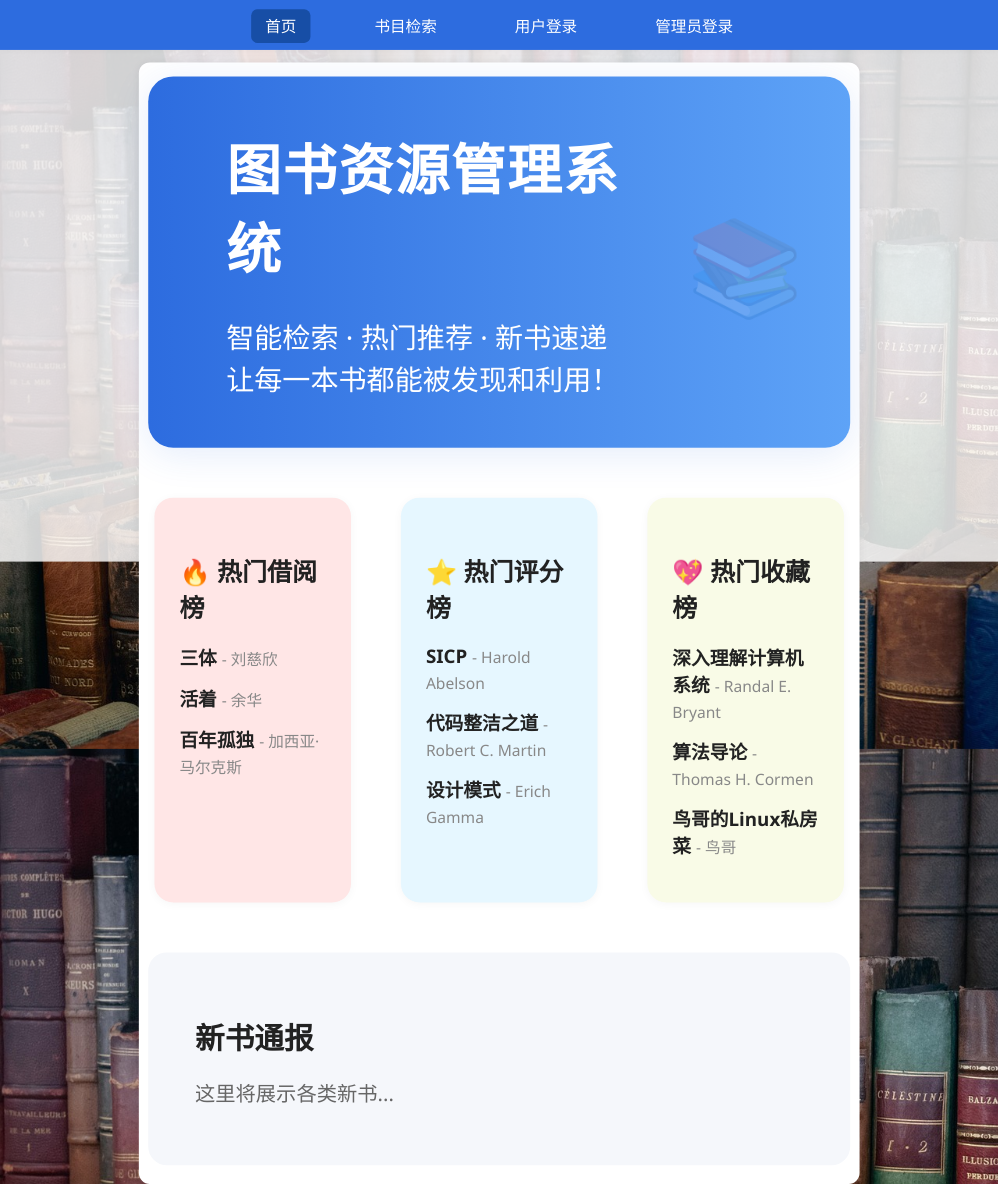
Repository: MercuryRandom/Library-Resource-Management-System
Page: / (app in frontend/)
These files come from the project's save history. The page is drawn as it stood at one moment and after the next save; the edit follows.
The browser window is 1280 px wide. The pictures show the whole page, at 78% of full size.
Backgrounds fixed to the window are drawn as part of the page. The project was rebuilt for these pictures with package versions that can differ from the ones it lists, and the page was loaded fresh each time. Also part of the build but not shown: frontend/vite.config.js, frontend/src/pages/SearchPage.jsx, frontend/src/pages/LoginPage.jsx, frontend/src/pages/RegisterPage.jsx, frontend/src/pages/AdminLoginPage.jsx, frontend/src/pages/admin/ReaderManagementPage.jsx, frontend/src/pages/admin/BookManagementPage.jsx, frontend/src/pages/admin/BorrowManagementPage.jsx.

Above is the page before, as saved 2025-06-27 10:35:11.

### frontend/index.html
<!DOCTYPE html>
<html lang="zh-CN">

<head>
  <meta charset="UTF-8" />
  <link rel="icon" type="image/svg+xml" href="/vite.svg" />
  <meta name="viewport" content="width=device-width, initial-scale=1.0" />
  <title>图书管理系统</title>
</head>

<body>
  <div id="root"></div>
  <script type="module" src="/src/main.jsx"></script>
</body>

</html>

### frontend/src/App.jsx
import { BrowserRouter as Router, Routes, Route, useNavigate } from 'react-router-dom';
import MainLayout from './layout/MainLayout';
import HomePage from './pages/HomePage';
import SearchPage from './pages/SearchPage';
import LoginPage from './pages/LoginPage';
import RegisterPage from './pages/RegisterPage';
import UserLibraryPage from './pages/UserLibraryPage';
import AdminLoginPage from './pages/AdminLoginPage';
import AdminPage from './pages/AdminPage';
import ReaderManagementPage from './pages/admin/ReaderManagementPage';
import BookManagementPage from './pages/admin/BookManagementPage';
import BorrowManagementPage from './pages/admin/BorrowManagementPage';
import './App.css';

function App() {
  return (
    <Router>
      <Routes>
        <Route path="/" element={<MainLayout />}>
          <Route index element={<HomePage />} />
          <Route path="search" element={<SearchPage />} />
          <Route path="login" element={<LoginPage />} />
          <Route path="register" element={<RegisterPage />} />
          <Route path="library" element={<UserLibraryPage />} />
          <Route path="admin-login" element={<AdminLoginPage />} />
          <Route path="admin" element={<AdminPage />}>
            <Route path="readers" element={<ReaderManagementPage />} />
            <Route path="books" element={<BookManagementPage />} />
            <Route path="borrowing" element={<BorrowManagementPage />} />
          </Route>
        </Route>
      </Routes>
    </Router>
  );
}

export default App;

### frontend/src/layout/MainLayout.jsx
import React from 'react';
import { Outlet, NavLink } from 'react-router-dom';

const MainLayout = () => {
  return (
    <div>
      <nav>
        <ul>
          <li>
            <NavLink to="/" end className={({ isActive }) => isActive ? 'active' : ''}>首页</NavLink>
          </li>
          <li>
            <NavLink to="/search" className={({ isActive }) => isActive ? 'active' : ''}>书目检索</NavLink>
          </li>
          <li>
            <NavLink to="/login" className={({ isActive }) => isActive ? 'active' : ''}>用户登录</NavLink>
          </li>
          <li>
            <NavLink to="/admin-login" className={({ isActive }) => isActive ? 'active' : ''}>管理员登录</NavLink>
          </li>
        </ul>
      </nav>
      <hr style={{ border: 'none', margin: 0 }} />
      <main>
        <Outlet />
      </main>
    </div>
  );
};

export default MainLayout;

### frontend/src/pages/HomePage.jsx
import React from 'react';

const HomePage = () => {
  // 假设这些是-从后端获取的数据
  const popularBorrowings = [
    { id: 1, title: '三体', author: '刘慈欣' },
    { id: 2, title: '活着', author: '余华' },
    { id: 3, title: '百年孤独', author: '加西亚·马尔克斯' },
  ];

  const popularRatings = [
    { id: 1, title: 'SICP', author: 'Harold Abelson' },
    { id: 2, title: '代码整洁之道', author: 'Robert C. Martin' },
    { id: 3, title: '设计模式', author: 'Erich Gamma' },
  ];

  const popularCollections = [
    { id: 1, title: '深入理解计算机系统', author: 'Randal E. Bryant' },
    { id: 2, title: '算法导论', author: 'Thomas H. Cormen' },
    { id: 3, title: '鸟哥的Linux私房菜', author: '鸟哥' },
  ];

  return (
    <div>
      <div style={{
        background: 'linear-gradient(90deg, #2d6cdf 0%, #5ea3f7 100%)',
        color: '#fff',
        borderRadius: '32px',
        padding: '64px 60px 60px 100px',
        marginBottom: 64,
        boxShadow: '0 8px 48px rgba(45,108,223,0.13)',
        display: 'flex',
        alignItems: 'center',
        gap: 60
      }}>
        <div style={{ flex: 1 }}>
          <h1 style={{ fontSize: 70, fontWeight: 800, margin: 0, letterSpacing: 2 }}>图书资源管理系统</h1>
          <p style={{ fontSize: 36, margin: '40px 0 0 0', lineHeight: 1.5 }}>
            智能检索 · 热门推荐 · 新书速递<br />
            让每一本书都能被发现和利用！
          </p>
        </div>
        <div style={{ fontSize: 120, opacity: 0.13, userSelect: 'none' }}>📚</div>
      </div>

      <div style={{ display: 'flex', justifyContent: 'space-between', gap: 48, marginBottom: 64 }}>
        <RecommendationList title="热门借阅榜" icon="🔥" books={popularBorrowings} color="#ffe6e6" />
        <RecommendationList title="热门评分榜" icon="⭐" books={popularRatings} color="#e6f7ff" />
        <RecommendationList title="热门收藏榜" icon="💖" books={popularCollections} color="#f9fbe7" />
      </div>

      <div style={{ marginTop: '60px', background: '#f5f7fb', borderRadius: 24, padding: '48px 60px' }}>
        <h2 style={{ fontSize: 38, marginBottom: 24 }}>新书通报</h2>
        <p style={{ color: '#666', fontSize: 26 }}>这里将展示各类新书...</p>
      </div>
    </div>
  );
};

// 一个可重用的列表组件
const RecommendationList = ({ title, icon, books, color }) => (
  <div className="card-hover" style={{ background: color, borderRadius: 24, padding: '38px 32px', width: '32%', boxShadow: '0 2px 12px rgba(0,0,0,0.04)', transition: 'box-shadow 0.25s, transform 0.25s' }}>
    <h3 style={{ fontSize: 32, marginBottom: 24 }}>{icon} {title}</h3>
    <ul style={{ padding: 0, margin: 0, listStyle: 'none', fontSize: 24 }}>
      {books.map(book => (
        <li key={book.id} style={{ marginBottom: 18 }}>
          <strong>{book.title}</strong> <span style={{ color: '#888', fontSize: 20 }}>- {book.author}</span>
        </li>
      ))}
    </ul>
  </div>
);

export default HomePage;

### frontend/src/pages/UserLibraryPage.jsx
import React, { useState } from 'react';

const features = [
  { key: 'history', title: '借阅历史查询', desc: '查看我的借阅记录和归还情况', icon: '📖' },
  { key: 'borrow', title: '图书借阅', desc: '在线借阅图书，方便快捷', icon: '📚' },
  { key: 'return', title: '图书归还', desc: '归还已借阅的图书', icon: '🔄' },
  { key: 'reserve', title: '预约借书', desc: '提前预约心仪的图书', icon: '📝' },
];

const featureContent = {
  history: <div style={{ fontSize: 24, marginTop: 24 }}>这里显示借阅历史（示例内容）。</div>,
  borrow: <div style={{ fontSize: 24, marginTop: 24 }}>这里是图书借阅功能（示例内容）。</div>,
  return: <div style={{ fontSize: 24, marginTop: 24 }}>这里是图书归还功能（示例内容）。</div>,
  reserve: <div style={{ fontSize: 24, marginTop: 24 }}>这里是预约借书功能（示例内容）。</div>,
};

const UserLibraryPage = () => {
  const [selected, setSelected] = useState('history');
  return (
    <div>
      <h2 style={{ fontSize: 44, marginBottom: 36, textAlign: 'center' }}>我的图书馆</h2>
      <div style={{ display: 'flex', justifyContent: 'space-between', gap: 40, marginBottom: 40 }}>
        {features.map(f => (
          <FeatureCard key={f.key} {...f} selected={selected === f.key} onClick={() => setSelected(f.key)} />
        ))}
      </div>
      <div>{featureContent[selected]}</div>
    </div>
  );
};

const FeatureCard = ({ title, desc, icon, selected, onClick }) => (
  <div
    className="card-hover"
    style={{
      flex: 1,
      background: selected ? '#e3eafc' : '#f5f7fb',
      borderRadius: 18,
      boxShadow: '0 2px 12px rgba(0,0,0,0.04)',
      padding: '48px 18px',
      textAlign: 'center',
      minWidth: 180,
      cursor: 'pointer',
      fontSize: 28,
      border: selected ? '2.5px solid #2d6cdf' : '2.5px solid transparent',
      fontWeight: 600,
      transition: 'all 0.2s',
    }}
    onClick={onClick}
  >
    <div style={{ fontSize: 60, marginBottom: 22 }}>{icon}</div>
    <div style={{ fontSize: 30, fontWeight: 700, marginBottom: 16 }}>{title}</div>
    <div style={{ color: '#666', fontSize: 22 }}>{desc}</div>
  </div>
);

export default UserLibraryPage;

### frontend/src/pages/AdminPage.jsx
import React, { useState } from 'react';
import { useNavigate, Outlet } from 'react-router-dom';

const adminFeatures = [
  { key: 'readers', path: 'readers', title: '读者管理', desc: '添加、修改、删除读者信息', icon: '👤' },
  { key: 'books', path: 'books', title: '图书管理', desc: '添加、修改、删除书目信息', icon: '📚' },
  { key: 'borrowing', path: 'borrowing', title: '借还管理', desc: '借书和还书操作', icon: '🔄' },
];

const featureContent = {
  readers: <div style={{ fontSize: 24, marginTop: 24 }}>这里是读者管理功能（示例内容）。</div>,
  books: <div style={{ fontSize: 24, marginTop: 24 }}>这里是图书管理功能（示例内容）。</div>,
  borrowing: <div style={{ fontSize: 24, marginTop: 24 }}>这里是借还管理功能（示例内容）。</div>,
};

const AdminPage = () => {
  const [selected, setSelected] = useState('readers');
  const navigate = useNavigate();
  return (
    <div>
      <h2 style={{ fontSize: 44, marginBottom: 36, textAlign: 'center' }}>管理员功能</h2>
      <div style={{ display: 'flex', justifyContent: 'space-between', gap: 40, marginBottom: 40 }}>
        {adminFeatures.map(f => (
          <div
            key={f.key}
            className="card-hover"
            style={{ flex: 1, background: selected === f.key ? '#e3eafc' : '#f5f7fb', borderRadius: 18, boxShadow: '0 2px 12px rgba(0,0,0,0.04)', padding: '48px 18px', textAlign: 'center', minWidth: 180, cursor: 'pointer', fontSize: 28, border: selected === f.key ? '2.5px solid #2d6cdf' : '2.5px solid transparent', fontWeight: 600, transition: 'all 0.2s' }}
            onClick={() => { setSelected(f.key); navigate(f.path); }}
          >
            <div style={{ fontSize: 60, marginBottom: 22 }}>{f.icon}</div>
            <div style={{ fontSize: 30, fontWeight: 700, marginBottom: 16 }}>{f.title}</div>
            <div style={{ color: '#666', fontSize: 22 }}>{f.desc}</div>
          </div>
        ))}
      </div>
      <div>{featureContent[selected]}</div>
      <div style={{ marginTop: 40 }}>
        <Outlet />
      </div>
    </div>
  );
};

export default AdminPage;

### frontend/src/App.css
body {
  margin: 0;
  padding: 0;
  font-family: 'Segoe UI', 'Arial', sans-serif;
  background: url('/image.png') no-repeat center center fixed;
  background-size: cover;
  color: #222;
  font-size: 18px;
  position: relative;
}

body::before {
  content: '';
  position: fixed;
  left: 0;
  top: 0;
  right: 0;
  bottom: 0;
  background: rgba(255, 255, 255, 0.82);
  /* 可调整透明度和颜色 */
  z-index: 0;
  pointer-events: none;
}

#root {
  min-height: 100vh;
  display: flex;
  flex-direction: column;
  position: relative;
  z-index: 1;
}

nav {
  background: #2d6cdf;
  padding: 0 0;
  box-shadow: 0 2px 8px rgba(0, 0, 0, 0.04);
}

nav ul {
  display: flex;
  justify-content: center;
  align-items: center;
  margin: 0;
  padding: 0;
  list-style: none;
  height: 64px;
}

nav ul li {
  margin: 0 32px;
}

nav ul li a {
  color: #fff;
  text-decoration: none;
  font-size: 20px;
  font-weight: 500;
  padding: 8px 18px;
  border-radius: 8px;
  transition: background 0.2s;
}

nav ul li a:hover,
nav ul li a.active {
  background: #174ea6;
}

main {
  flex: 1;
  max-width: 900px;
  margin: 16px auto 0 auto;
  background: #fff;
  border-radius: 14px;
  box-shadow: 0 2px 12px rgba(0, 0, 0, 0.08);
  padding: 18px 12px 24px 12px;
  font-size: 1em;
}

/* 登录/注册卡片样式 */
.form-card {
  max-width: 320px;
  margin: 24px auto;
  padding: 18px 12px 12px 12px;
  background: #f5f7fb;
  border-radius: 10px;
  box-shadow: 0 2px 16px rgba(0, 0, 0, 0.08);
}

.form-card h2 {
  text-align: center;
  margin-bottom: 14px;
  font-size: 1.3em;
}

.form-card label {
  font-size: 1em;
  margin-bottom: 8px;
}

.form-card input,
.form-card select {
  width: 100%;
  padding: 7px;
  font-size: 1em;
  border: 1px solid #bfc8e0;
  border-radius: 5px;
  margin-bottom: 10px;
  background: #fff;
  box-sizing: border-box;
}

.form-card button {
  width: 100%;
  padding: 8px;
  font-size: 1em;
  background: #2d6cdf;
  color: #fff;
  border: none;
  border-radius: 5px;
  margin-top: 8px;
  cursor: pointer;
  transition: background 0.2s;
}

.form-card button:hover {
  background: #174ea6;
}

.form-card .form-link {
  display: block;
  text-align: right;
  margin-top: 12px;
  color: #2d6cdf;
  text-decoration: underline;
  cursor: pointer;
  font-size: 1em;
}

@media (max-width: 900px) {
  main {
    max-width: 98vw;
    padding: 8px 2vw;
  }

  nav ul li {
    margin: 0 8px;
  }

  nav ul li a {
    font-size: 16px;
    padding: 6px 8px;
  }

  .form-card {
    padding: 8px 2px 8px 2px;
  }
}

.logo {
  height: 6em;
  padding: 1.5em;
  will-change: filter;
  transition: filter 300ms;
}

.logo:hover {
  filter: drop-shadow(0 0 2em #646cffaa);
}

.logo.react:hover {
  filter: drop-shadow(0 0 2em #61dafbaa);
}

@keyframes logo-spin {
  from {
    transform: rotate(0deg);
  }

  to {
    transform: rotate(360deg);
  }
}

@media (prefers-reduced-motion: no-preference) {
  a:nth-of-type(2) .logo {
    animation: logo-spin infinite 20s linear;
  }
}

.card {
  padding: 2em;
}

.read-the-docs {
  color: #888;
}

.card-hover {
  transition: box-shadow 0.25s, transform 0.25s;
  box-shadow: 0 2px 12px rgba(0, 0, 0, 0.04);
  font-size: 0.95em;
  padding: 14px 6px;
  border-radius: 10px;
  min-width: 160px;
  max-width: 220px;
  margin: 0 8px;
}

.card-hover:hover {
  box-shadow: 0 8px 32px rgba(45, 108, 223, 0.18);
  transform: translateY(-10px) scale(1.03);
  z-index: 2;
}

Loaded but not shown: frontend/src/main.jsx (common file)

After the next save:
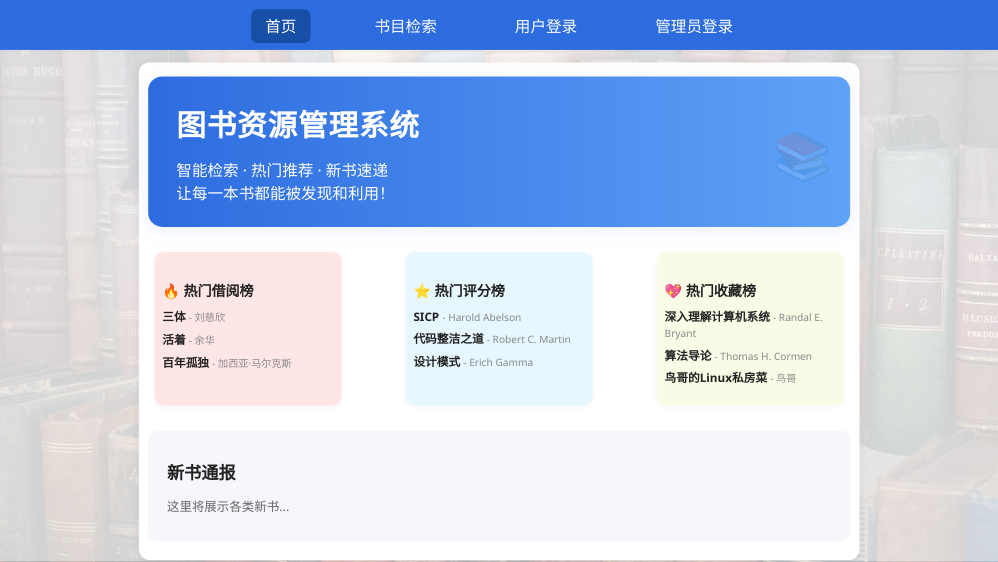
Saved 10 s later.
--- a/frontend/src/pages/HomePage.jsx
+++ b/frontend/src/pages/HomePage.jsx
@@ -21,37 +21,37 @@ const HomePage = () => {
   ];
 
   return (
-    <div>
+    <div style={{ maxWidth: 900, margin: '0 auto' }}>
       <div style={{
         background: 'linear-gradient(90deg, #2d6cdf 0%, #5ea3f7 100%)',
         color: '#fff',
-        borderRadius: '32px',
-        padding: '64px 60px 60px 100px',
-        marginBottom: 64,
-        boxShadow: '0 8px 48px rgba(45,108,223,0.13)',
+        borderRadius: '18px',
+        padding: '32px 24px 28px 36px',
+        marginBottom: 32,
+        boxShadow: '0 4px 24px rgba(45,108,223,0.10)',
         display: 'flex',
         alignItems: 'center',
-        gap: 60
+        gap: 24
       }}>
         <div style={{ flex: 1 }}>
-          <h1 style={{ fontSize: 70, fontWeight: 800, margin: 0, letterSpacing: 2 }}>图书资源管理系统</h1>
-          <p style={{ fontSize: 36, margin: '40px 0 0 0', lineHeight: 1.5 }}>
+          <h1 style={{ fontSize: 38, fontWeight: 800, margin: 0, letterSpacing: 1 }}>图书资源管理系统</h1>
+          <p style={{ fontSize: 20, margin: '18px 0 0 0', lineHeight: 1.5 }}>
             智能检索 · 热门推荐 · 新书速递<br />
             让每一本书都能被发现和利用！
           </p>
         </div>
-        <div style={{ fontSize: 120, opacity: 0.13, userSelect: 'none' }}>📚</div>
+        <div style={{ fontSize: 60, opacity: 0.13, userSelect: 'none' }}>📚</div>
       </div>
 
-      <div style={{ display: 'flex', justifyContent: 'space-between', gap: 48, marginBottom: 64 }}>
+      <div style={{ display: 'flex', justifyContent: 'space-between', gap: 18, marginBottom: 32 }}>
         <RecommendationList title="热门借阅榜" icon="🔥" books={popularBorrowings} color="#ffe6e6" />
         <RecommendationList title="热门评分榜" icon="⭐" books={popularRatings} color="#e6f7ff" />
         <RecommendationList title="热门收藏榜" icon="💖" books={popularCollections} color="#f9fbe7" />
       </div>
 
-      <div style={{ marginTop: '60px', background: '#f5f7fb', borderRadius: 24, padding: '48px 60px' }}>
-        <h2 style={{ fontSize: 38, marginBottom: 24 }}>新书通报</h2>
-        <p style={{ color: '#666', fontSize: 26 }}>这里将展示各类新书...</p>
+      <div style={{ marginTop: '24px', background: '#f5f7fb', borderRadius: 12, padding: '18px 24px' }}>
+        <h2 style={{ fontSize: 22, marginBottom: 10 }}>新书通报</h2>
+        <p style={{ color: '#666', fontSize: 16 }}>这里将展示各类新书...</p>
       </div>
     </div>
   );
@@ -59,12 +59,12 @@ const HomePage = () => {
 
 // 一个可重用的列表组件
 const RecommendationList = ({ title, icon, books, color }) => (
-  <div className="card-hover" style={{ background: color, borderRadius: 24, padding: '38px 32px', width: '32%', boxShadow: '0 2px 12px rgba(0,0,0,0.04)', transition: 'box-shadow 0.25s, transform 0.25s' }}>
-    <h3 style={{ fontSize: 32, marginBottom: 24 }}>{icon} {title}</h3>
-    <ul style={{ padding: 0, margin: 0, listStyle: 'none', fontSize: 24 }}>
+  <div className="card-hover" style={{ background: color, borderRadius: 12, padding: '18px 10px', width: '32%', boxShadow: '0 2px 8px rgba(0,0,0,0.04)', transition: 'box-shadow 0.25s, transform 0.25s', minWidth: 0 }}>
+    <h3 style={{ fontSize: 18, marginBottom: 10 }}>{icon} {title}</h3>
+    <ul style={{ padding: 0, margin: 0, listStyle: 'none', fontSize: 15 }}>
       {books.map(book => (
-        <li key={book.id} style={{ marginBottom: 18 }}>
-          <strong>{book.title}</strong> <span style={{ color: '#888', fontSize: 20 }}>- {book.author}</span>
+        <li key={book.id} style={{ marginBottom: 8 }}>
+          <strong>{book.title}</strong> <span style={{ color: '#888', fontSize: 13 }}>- {book.author}</span>
         </li>
       ))}
     </ul>
